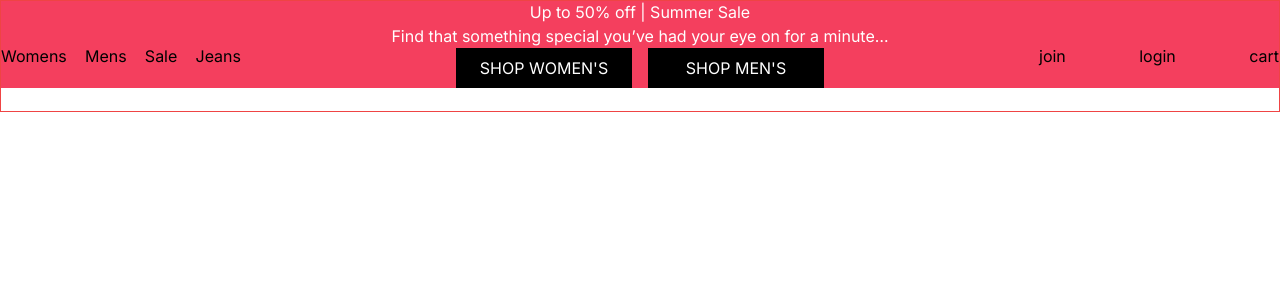
Repository: harrywebb21/stil-clothing
Page: /
The author's editor kept a copy of each file at every save. The page is drawn from the files as they stood at one save, then again after the next save.
The browser window is 1280 px wide. The pictures show the whole page.
The project was rebuilt for these pictures with package versions that can differ from the ones it lists, and the page was loaded fresh each time. The framework's server and built-in components were replaced by stand-ins that run in the browser. Also part of the build but not shown: next.config.js.

Above is the page before, as saved 2023-06-08 16:00:33.

### src/app/page.js
"use client";
import Image from "next/image";
import Navbar from "./components/Navbar";
import SaleBox from "./components/SaleBox";

export default function Home() {
  return (
    <div>
      <Navbar />
      <SaleBox />
    </div>
  );
}

### src/app/components/Navbar.js
export default function Navbar() {
  return (
    <div className=" border border-red-500 h-28 flex justify-between items-center fixed w-screen">
      <ul className=" flex justify-between w-60">
        <li>
          <a href="/womens">Womens</a>
        </li>
        <li>
          <a href="/mens">Mens</a>
        </li>
        <li>
          <a href="/sale">Sale</a>
        </li>
        <li>
          <a href="/jeans">Jeans</a>
        </li>
      </ul>

      <ul className="flex justify-between w-60">
        <li>
          <a href="/join">join</a>
        </li>
        <li>
          <a href="/login">login</a>
        </li>
        <li>
          <a href="/cart">cart</a>
        </li>
      </ul>
    </div>
  );
}

### src/app/components/SaleBox.js
export default function SaleBox() {
  return (
    <div className="flex flex-col justify-center items-center w-60 bg-rose-500 text-white w-screen ">
      <h1> Up to 50% off | Summer Sale</h1>
      <p>Find that something special you’ve had your eye on for a minute…</p>
      <div className="gap-4 flex">
        <button className="bg-black text-white px-4 py-2 text-center  w-44">
          SHOP WOMEN'S
        </button>
        <button className="bg-black text-white px-4 py-2  text-center w-44">
          SHOP MEN'S
        </button>
      </div>
    </div>
  );
}

Loaded but not shown: src/app/layout.js (common file); src/app/globals.css (common file); tailwind.config.js (common file)

After the next save:
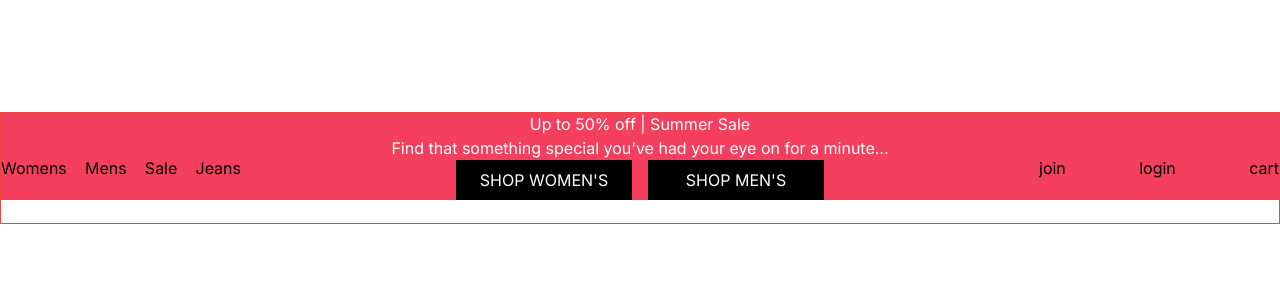
Saved 39 s later.
--- a/src/app/components/SaleBox.js
+++ b/src/app/components/SaleBox.js
@@ -1,6 +1,6 @@
 export default function SaleBox() {
   return (
-    <div className="flex flex-col justify-center items-center w-60 bg-rose-500 text-white w-screen ">
+    <div className="flex flex-col justify-center items-center w-60 bg-rose-500 text-white w-screen mt-28">
       <h1> Up to 50% off | Summer Sale</h1>
       <p>Find that something special you’ve had your eye on for a minute…</p>
       <div className="gap-4 flex">
